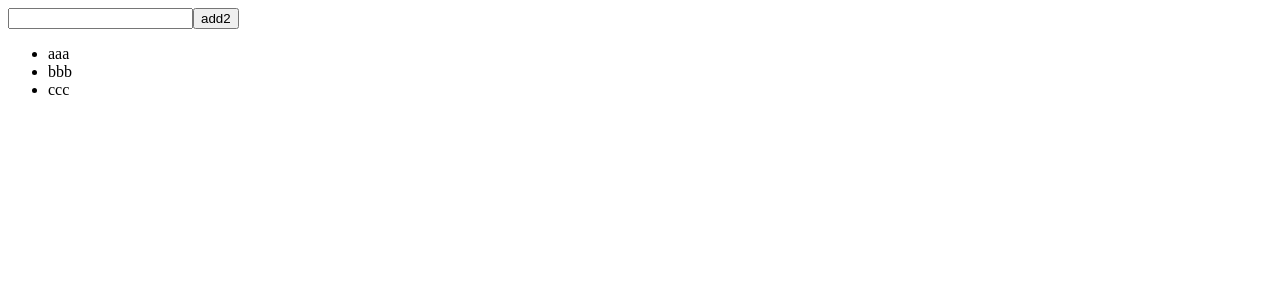
Repository: zenghao518518/React
Page: /
An editor plug-in stored every save of this project. The page is shown before and after the next save, followed by the edit.
The browser window is 1280 px wide. The pictures show the whole page.
The project was rebuilt for these pictures with package versions that can differ from the ones it lists, and the page was loaded fresh each time.

Above is the page before, as saved 2023-07-17 15:13:35.

After the next save:
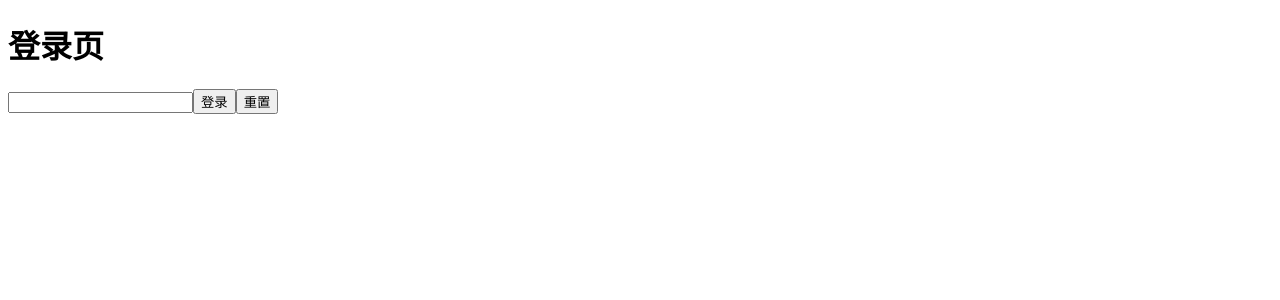
Saved 38 s later.
--- a/src/index.js
+++ b/src/index.js
@@ -12,7 +12,8 @@ import ReactDOM from 'react-dom/client'
 //import App from './01-base/07-ref'
 //import App from './01-base/08-state'
 //import App from './01-base/09-数组渲染'
-import App from './01-base/10-todolist'
+//import App from './01-base/10-todolist'
+import App from './01-base/19-非受控'
 let root = ReactDOM.createRoot(document.getElementById('root'));
 //root.render(<div>111111</div>);
 root.render(<React.StrictMode><App></App></React.StrictMode>);
